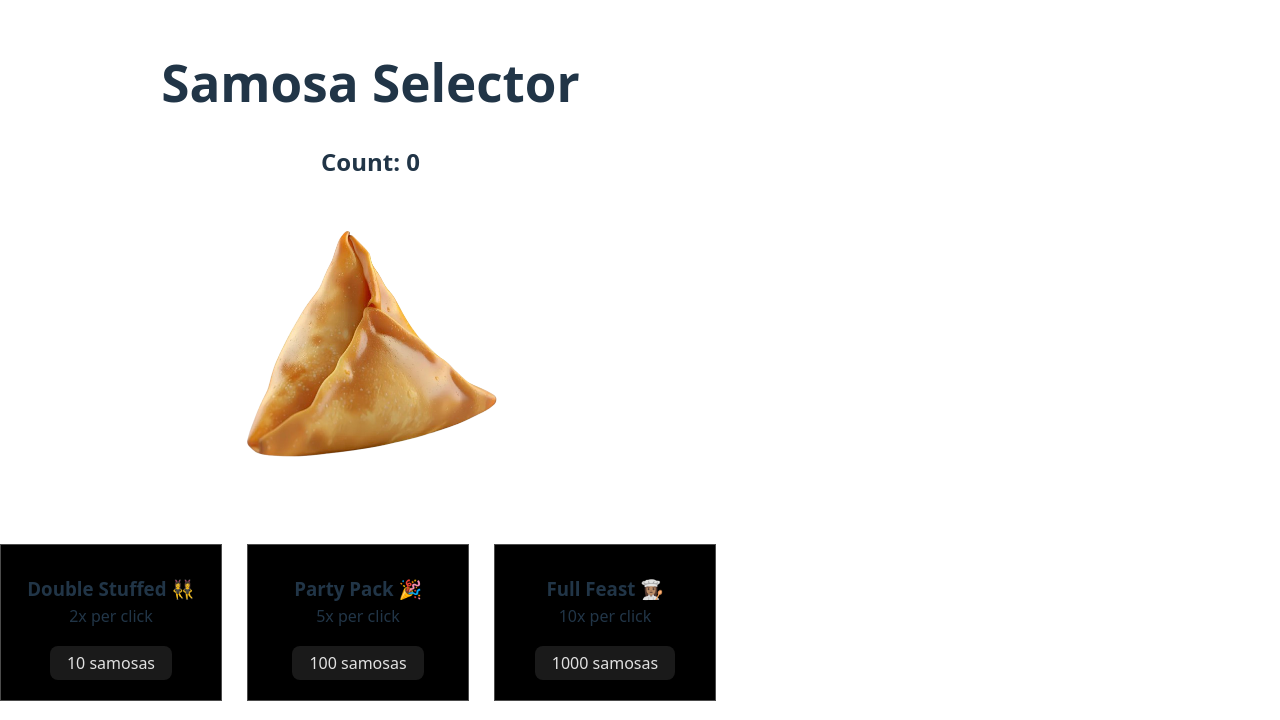
Repository: kvi1/Web102-Labs
Page: / (app in samosa-selector/)
These files come from the project's save history. The page is drawn as it stood at one moment and after the next save; the edit follows.
The browser window is 1280 px wide. The pictures show the whole page.
The pointer rests on the first visible `.App .header .samosa`.
The project was rebuilt for these pictures with package versions that can differ from the ones it lists, and the page was loaded fresh each time. Also part of the build but not shown: samosa-selector/vite.config.js.

Above is the page before, as saved 2025-03-01 14:30:03.

After the next save:
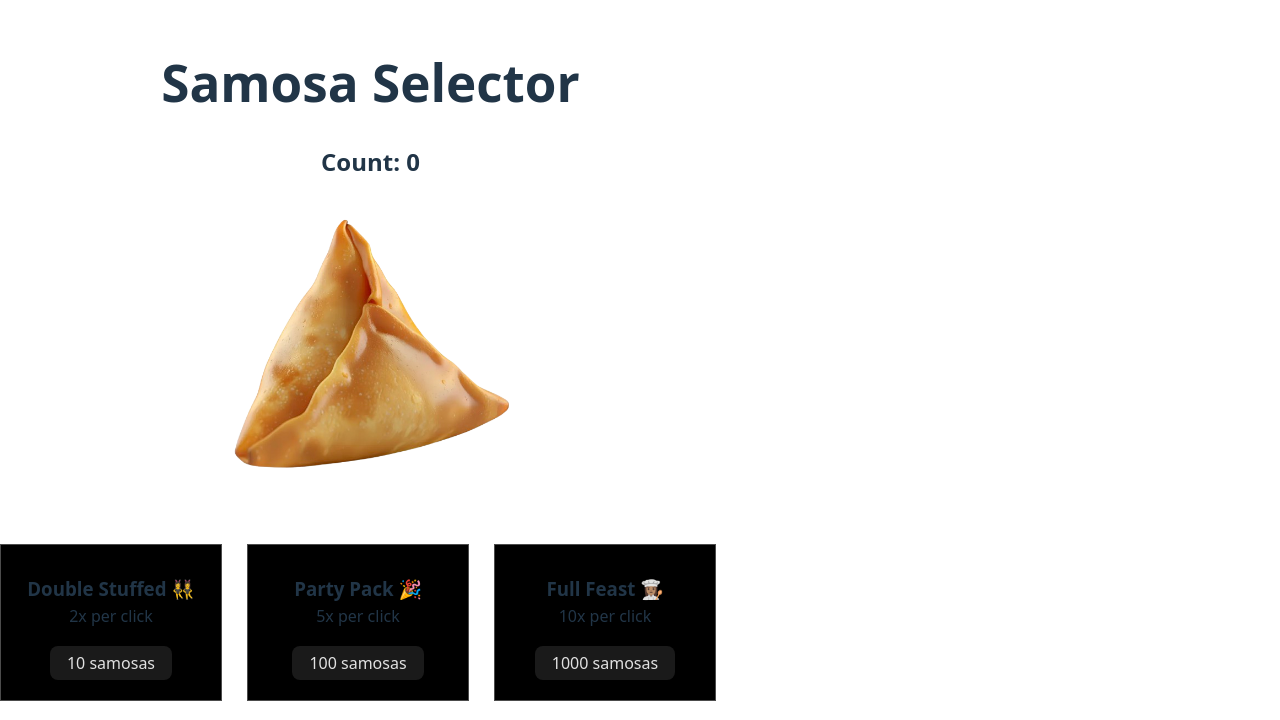
Saved 3 min 10 s later.
--- a/samosa-selector/src/App.css
+++ b/samosa-selector/src/App.css
@@ -53,3 +53,14 @@
   background:white;
   color:black;
 }
+
+.App .header .samosa:hover{
+  cursor:pointer;
+  transform: scale(1.1);
+
+}
+
+.App .header .samosa:active{
+  transform: scale(0.95);
+
+}
